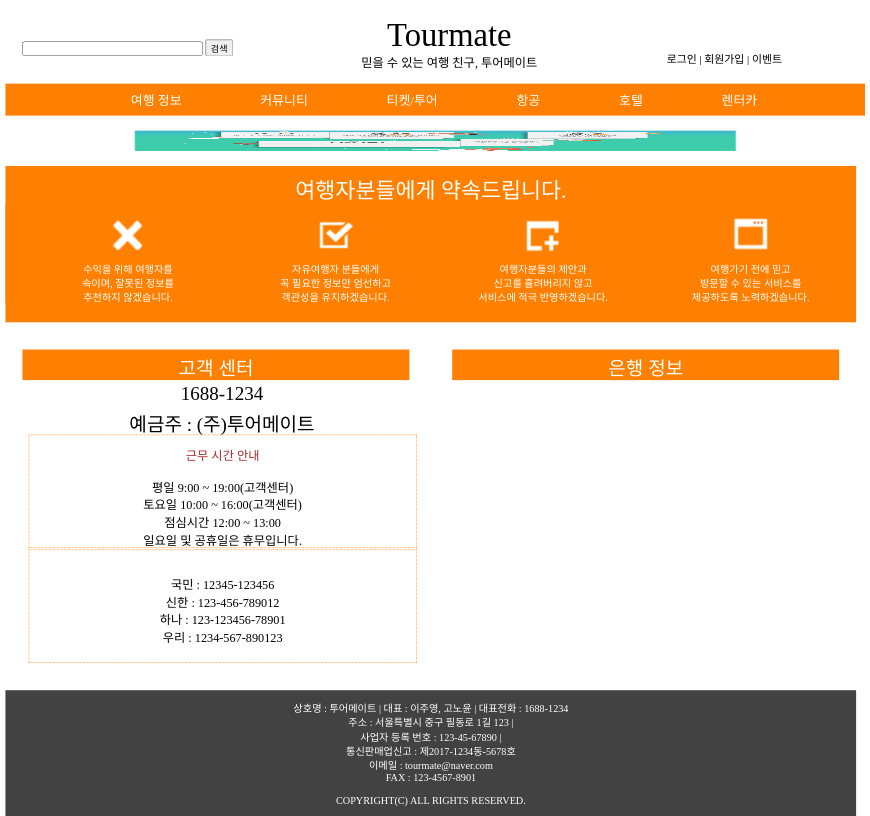
Repository: nohyoonko/2017-2-WP-Tourmate
Page: http://localhost/Tourmate/여행_준비.jsp
An editor plug-in stored every save of this project. The page is shown before and after the next save, followed by the edit.
The browser window is 1280 px wide. The pictures show the whole page, at 68% of full size.
Some web libraries are served in a nearby version. The page is served by Tomcat 9.

Above is the page before, as saved 2017-12-06 05:36:26.

After the next save:
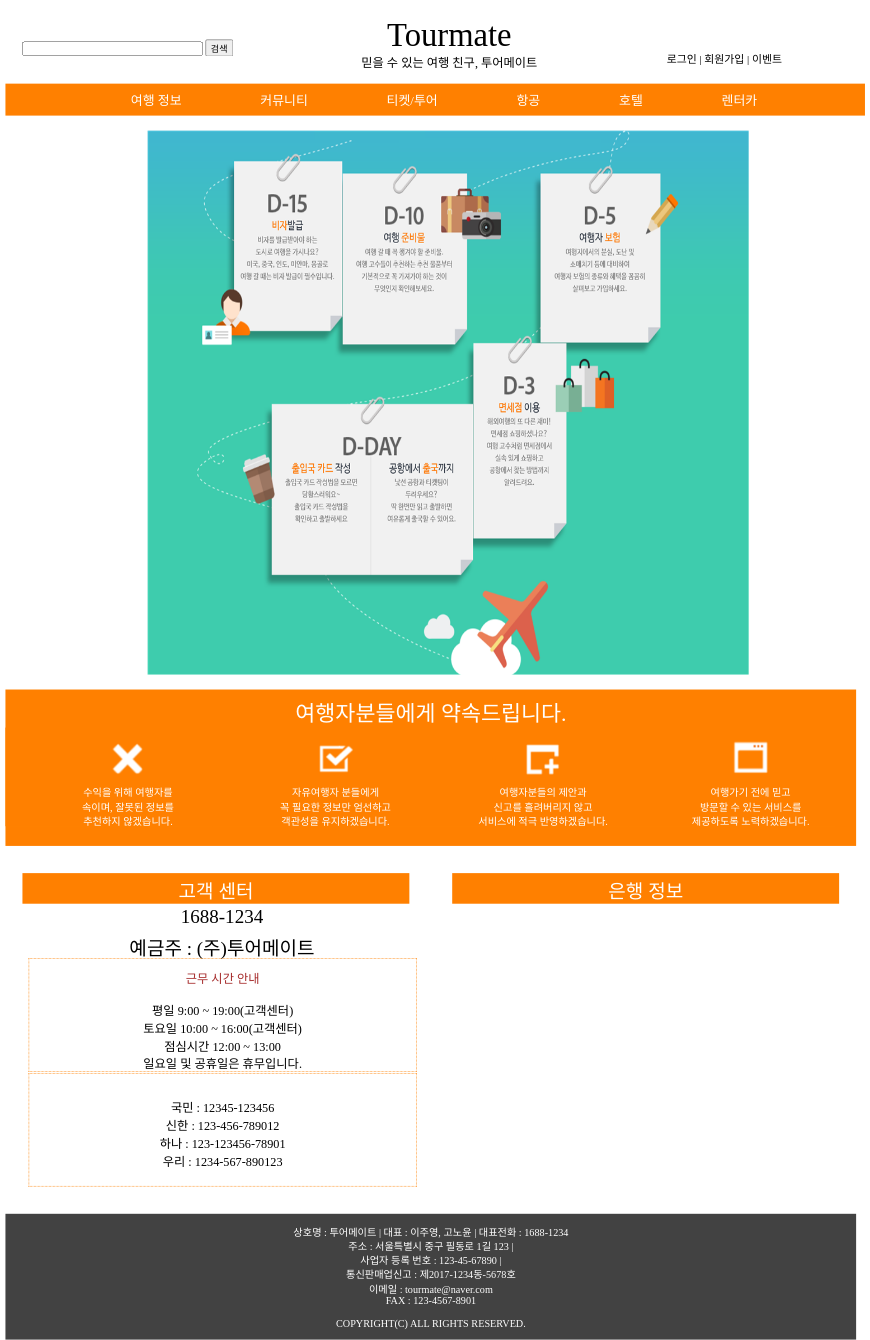
Saved 35 s later.
--- a/eclipse-workspace/Tourmate/WebContent/여행_준비.jsp
+++ b/eclipse-workspace/Tourmate/WebContent/여행_준비.jsp
@@ -8,7 +8,8 @@
 		<style>
 		#box {
 			width:70%;
-			height:30px;
+			height:800px;
+			margin-left:3%;
 		}
 		</style>
 	</head>
